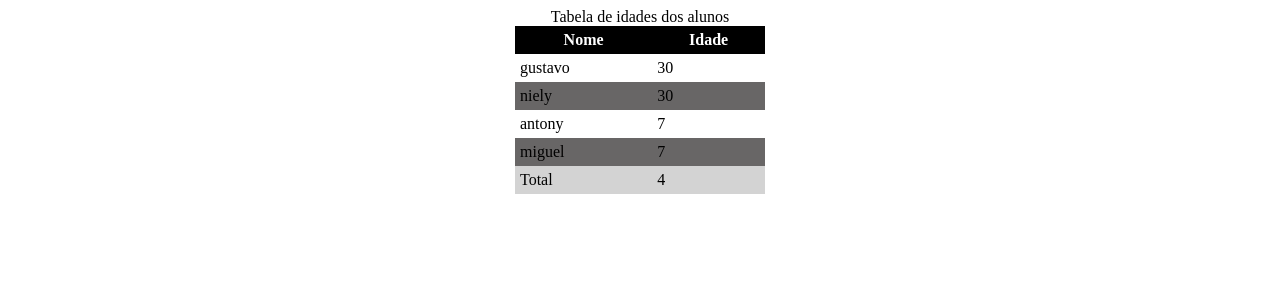
Repository: gustavotwist/html-css
Page: tabl.html
These files come from the project's save history. The page is drawn as it stood at one moment and after a run of saves; the edit follows.
The browser window is 1280 px wide. The pictures show the whole page.

Above is the page before, as saved 2024-04-27 20:22:10.

After the next 3 saves:
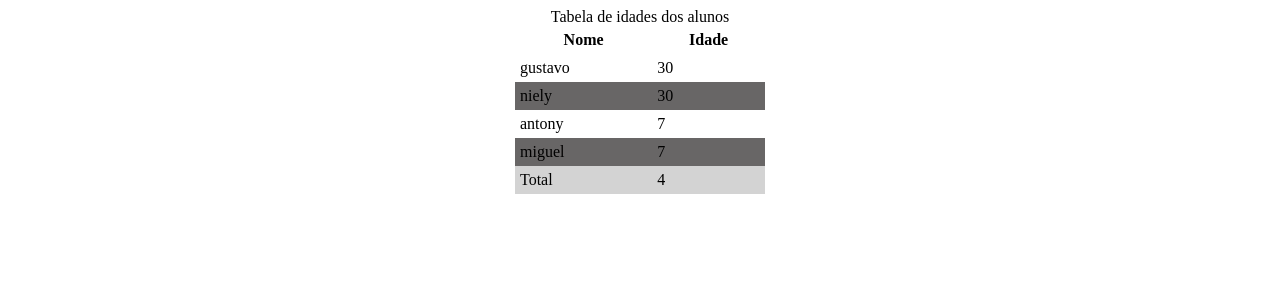
The 3 saves are shown as one change because they came seconds apart.
The last was saved 6 min 26 s later.
--- a/tabl.html
+++ b/tabl.html
@@ -5,6 +5,7 @@
     <meta name="viewport" content="width=device-width, initial-scale=1.0">
     <title>tabelas</title>
     <style>
+        table
         table thead th {
             background-color: black;
             color: white;

After the 3 saves that followed:
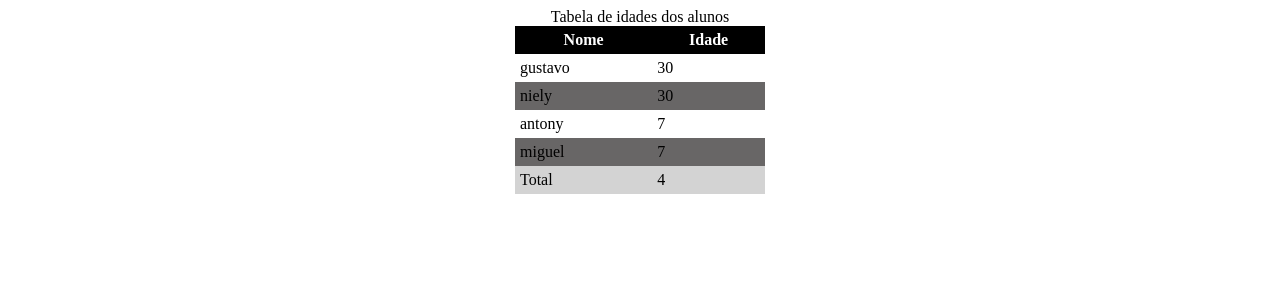
The 3 saves are shown as one change because they came seconds apart.
The last was saved 8 s later.
--- a/tabl.html
+++ b/tabl.html
@@ -5,7 +5,9 @@
     <meta name="viewport" content="width=device-width, initial-scale=1.0">
     <title>tabelas</title>
     <style>
-        table
+        table {
+
+        }
         table thead th {
             background-color: black;
             color: white;
